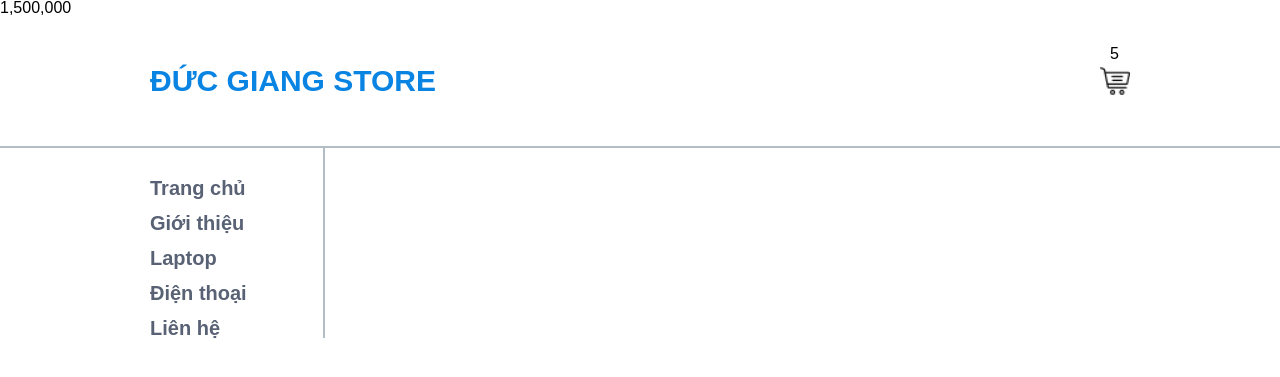
Repository: Giangattt123/PHP
Page: http://localhost/?page=home
The author's editor kept a copy of each file at every save. The page is drawn from the files as they stood at one save, then again after the next save.
The browser window is 1280 px wide. The pictures show the whole page.
Some web libraries are served in a nearby version. The page is run by PHP 8.4 with error messages shown; the project is at /var/www/html/.

Above is the page before, as saved 2023-03-20 20:33:13.
Console error: TypeError: Cannot read properties of null (reading 'addEventListener')

### PHP_Shopping-Cart/Shopping_Cart/index.php
<?php
    require 'data/page.php';
    require 'data/product.php';
    require 'lib/template.php';
    require 'lib/number.php';
    require 'lib/reuse.php';
    require 'lib/pages.php';
    require 'lib/product.php';
    get_header();
?>
<?php
    $mod = !empty($_GET['mod']) ? $_GET['mod'] : 'home';
    $act = !empty($_GET['act']) ? $_GET['act'] : 'main';
    $path = "modules/{$mod}/{$act}.php";
    if(file_exists($path)){
        require $path;
    }else{

    }
?>
<?php

?>

### PHP_Shopping-Cart/Shopping_Cart/data/page.php
<?php
// Data page
$list_page = array(
    1 => array(
        'id' => 1,
        'page-title' => 'Giới thiệu',
        'create_at' => '08/03/2023' , // timestamp
        'page-content' =>"<p><strong> [Giới thiệu] </strong> Chào mừng đến với trang web bán laptop, PC của ĐỨC GIANG PC! Tại đây, chúng tôi cung cấp cho bạn một loạt các sản phẩm laptop PC chất lượng cao từ các thương hiệu hàng đầu trên thị trường. Chúng tôi cam kết mang đến cho bạn những sản phẩm chất lượng, giá cả hợp lý và dịch vụ chăm sóc khách hàng tốt nhất. Bạn có thể tìm thấy các sản phẩm từ các thương hiệu như Dell, HP, Asus, Lenovo và nhiều hơn nữa. Hãy truy cập trang web của chúng tôi và mua sắm ngay hôm nay để có được chiếc laptop PC tốt nhất cho nhu cầu của bạn. Cảm ơn đã ghé thăm trang web của chúng tôi!</p>"
    ),
    2 => array(
        'id' => 2,
        'page-title' => 'Liên hệ',
        'create_at' => '08/03/2023' , // timestamp
        'page-content' =>"<p><strong> [Liên hệ] </strong> Chúng tôi rất mong nhận được sự phản hồi từ bạn! Nếu bạn có bất kỳ câu hỏi, yêu cầu hoặc góp ý nào, xin vui lòng liên hệ với chúng tôi thông qua trang liên hệ của ĐỨC GIANG PC. Chúng tôi sẵn sàng trợ giúp bạn trong mọi vấn đề liên quan đến sản phẩm. Bạn có thể liên hệ với chúng tôi qua email, điện thoại hoặc mẫu liên hệ trực tuyến. Chúng tôi luôn sẵn sàng lắng nghe và giải quyết mọi thắc mắc của bạn, liên tục cải thiện trang web của mình và cung cấp cho bạn trải nghiệm tốt nhất có thể. Chân thành cảm ơn bạn đã quan tâm đến trang web của ĐỨC GIANG PC và hy vọng sớm nhận được thông tin từ bạn!</p>",
    )
)
?>

### PHP_Shopping-Cart/Shopping_Cart/data/product.php
<?php
#Danh mục
$list_product_cat = array(
    1 => array(
        'id' => 1,
        'cat_title' => "Điện thoại",
    ),
    2 => array(
        'id' => 2,
        'cat_title' => "Laptop",
    ),
);
#Dữ liệu sản phẩm
$list_product = array(
    1 => array(
        'id' => 1,
        'product_title' =>  'iPhone 13 256GB',
        'price' => 19990000,
        'code' => 'UNI#1',
        'product_desc' => 'Apple thỏa mãn sự chờ đón của iFan và người dùng với sự ra mắt của iPhone 13.',
        'product_thumb' => 'https://img.tgdd.vn/imgt/f_webp,fit_outside,quality_100/https://cdn.tgdd.vn/Products/Images/42/250258/iphone-13-starlight-1-600x600.jpg',
        'product_content' => "<p>Bộ vi xử lý Apple A15 mới gia tăng tốc độ CPU tới 50% và GPU đồ họa nhanh hơn 30% so với các đối thủ cạnh tranh trong cùng phân khúc, giúp iPhone 13 thể hiện sức mạnh khả năng xử lý ấn tượng hơn, mượt mà trên mọi tác vụ.</p><p><img src='https://cdn.tgdd.vn/Products/Images/42/250258/iphone-13-256gb-2.jpg'></p>",
        'cat_id' => 1,
    ),
    2 => array(
        'id' => 2,
        'product_title' =>  'iPhone 14 256GB',
        'price' => 22990000,
        'code' => 'UNI#2',
        'product_desc' => 'Mới đây thì tại sự kiện ra mắt sản phẩm mới thường niên đến từ nhà Apple thì chiếc điện thoại iPhone 14 256GB cũng đã chính thức lộ diện',
        'product_thumb' => 'https://img.tgdd.vn/imgt/f_webp,fit_outside,quality_100/https://cdn.tgdd.vn/Products/Images/42/289663/iPhone-14-plus-thumb-den-600x600.jpg',
        'product_content' => "<p>Được hoàn thiện với những vật liệu cao cấp khi mặt lưng làm từ kính cùng bộ khung nhôm chắc chắn, điều này làm cho chiếc máy của bạn trở nên sang trọng và đẳng cấp hơn.</p><p><img src='https://cdn.tgdd.vn/Products/Images/42/289663/iphone-14-256gb-080922-035413.jpg'></p>",
        'cat_id' => 1,
    ),
    3 => array(
        'id' => 3,
        'product_title' =>  'OPPO A57 128GB' ,
        'price' => 4590000,
        'code' => 'UNI#3',
        'product_desc' => 'OPPO đã bổ sung thêm vào dòng sản phẩm OPPO A giá rẻ một thiết bị mới có tên OPPO A57 128GB.',
        'product_thumb' => 'https://img.tgdd.vn/imgt/f_webp,fit_outside,quality_100/https://cdn.tgdd.vn/Products/Images/42/285082/oppo-a57-den-thumb-600x600.jpeg',
        'product_content' => "<p>Khác với mẫu A57 5G đã được ra mắt trước đó, điện thoại dòng A mới có màn hình HD+, camera chính 13 MP và pin 5000 mAh.</p><p><img src='https://cdn.tgdd.vn/Products/Images/42/282090/oppo-a57-4g-2_1280x720.jpg'></p>",
        'cat_id' => 1,
    ),
    4 => array(
        'id' => 4,
        'product_title' =>  'MacBook Pro 13',
        'price' => 30490000,
        'code' => 'UNI#4',
        'product_desc' => 'Đặc điểm nổi bật của MacBook Pro 13" 2020 Touch Bar M1 512GB',
        'product_thumb' => 'https://images.fpt.shop/unsafe/fit-in/214x214/filters:quality(90):fill(white)/fptshop.com.vn/Uploads/Originals/2022/6/7/637901935364438149_macbook-pro-m2-2022-xam-dd.jpg',
        'product_content' => "<p> MacBook Pro M1 13 inch 2020 Touch Bar mới với bộ vi xử lý Apple M1 cho bạn hiệu suất và thời lượng pin tuyệt vời nhất từ trước đến nay, mang đến hiệu năng chuyên nghiệp để hoàn thành những công việc chuyên nghiệp.</p><p><img src='https://images.fpt.shop/unsafe/filters:quality(90)/fptshop.com.vn/Uploads/images/2015/Tin-Tuc/QuanLNH2/macbook-pro-13-m1-1.jpg'></p>",
        'cat_id' => 2,
    ),
    5 => array(
        'id' => 5,
        'product_title' =>  'MacBook Pro 14',
        'price' => 52490000,
        'code' => 'UNI#5',
        'product_desc' => 'Đặc điểm nổi bật của MacBook Pro 14 2023 M2 Pro 10CPU 16GPU 16GB/512GB',
        'product_thumb' => 'https://images.fpt.shop/unsafe/fit-in/240x215/filters:quality(90):fill(white)/fptshop.com.vn/Uploads/Originals/2023/1/18/638096308244034700_macbook-pro-14-2023-m2-pro-10cpu-16gpu-bac-dd.jpg',
        'product_content' => "<p>Phiên bản chuyên nghiệp dành cho những người chuyên nghiệp, MacBook Pro 2023 14 inch với chip M2 Pro đem lại nguồn sức mạnh ấn tượng và vượt xa thế hệ cũ.</p><p><img src='https://fptshop.com.vn/Uploads/images/2015/Tin-Tuc/DuyLe/Android/Gionee/Macbook-pro-14-2023-m2-pro-3.jpg'></p>",
        'cat_id' => 2,
    ),
    6 => array(
        'id' => 6,
        'product_title' =>  'MacBook Pro 15',
        'price' => 65490000,
        'code' => 'UNI#6',
        'product_desc' => 'Đặc điểm nổi bật của MacBook Pro 16" 2021 M1 Pro Ram 32GB',
        'product_thumb' => 'https://images.fpt.shop/unsafe/fit-in/240x215/filters:quality(90):fill(white)/fptshop.com.vn/Uploads/Originals/2021/10/20/637703174146015116_macbook-pro-16-2021-xam-dd.jpg',
        'product_content' => "<p>MacBook Pro 16 inch 2021 chính là dòng máy tính xách tay mạnh nhất thế giới hiện nay với sức mạnh tối thượng từ bộ vi xử lý M1 Pro.</p><p><img src='https://fptshop.com.vn/Uploads/images/2015/Tin-Tuc/QuanLNH2/macbook-pro-16-real-life-2.jpg'></p>",
        'cat_id' => 2,
    ),
);

### PHP_Shopping-Cart/Shopping_Cart/lib/template.php
<?php
function get_header($version = ''){
    if(!empty($version)){
        $path_header = "inc/header-{$version}.php";
    }else{
        $path_header = "inc/header.php";
    }
    if(file_exists($path_header)){
        require $path_header;
    }else{
        echo "Không tồn tại đường dẫn {$path_header}";
    }
}
function get_footer($version = ''){
    if(!empty($version)){
        $path_footer = "inc/footer-{$version}.php";
    }else{
        $path_footer = "inc/footer.php";
    }
    if(file_exists($path_footer)){
        require $path_footer;
    }else{
        echo "Không tồn tại đường dẫn {$path_footer}";
    }

}
function get_sidebar(){
    require 'inc/sidebar.php';
}
?>

### PHP_Shopping-Cart/Shopping_Cart/lib/number.php
<?php
// Viết hàm chuyển đổi giá tiền của một sản phẩm về đúng định dạng
// Tự xây dựng hàm và sử dụng hàm có sẵn
// Ví dụ 10450000 => 10.450.000
// Build-in function : number_format(number)
// return number_format($number).' '."VND";
// Build
    function currency_format_1(){
        $amount = 1500000;
        $formattedAmount = "";
        $count = 0;
        while($amount > 0) {
            if($count == 3) {
                $formattedAmount = "," . $formattedAmount;
                $count = 0;
            }
            $formattedAmount = chr($amount % 10 + ord('0')) . $formattedAmount;
            $amount =  floor($amount / 10);
            $count++;
        }
        return $formattedAmount;
    }
    echo currency_format_1();
    // $x = 1500000;
    // echo var_dump($x);
    function currency_format($number){
        return number_format($number).' '."VND";
    }

?>

### PHP_Shopping-Cart/Shopping_Cart/lib/reuse.php
<?php
     function show_array($data){
        if(is_array($data)){
            echo "<pre>";
            print_r($data);
            echo "</pre>";
        }
    }
?>

### PHP_Shopping-Cart/Shopping_Cart/lib/pages.php
<?php
    function get_page_by_id($id){
        global $list_page;
        if(array_key_exists($id , $list_page)){
            return $list_page[$id];
        }
        return false;
    }

    // function show_array($data){
    //     if(is_array($data)){
    //         echo "<pre>";
    //         print_r($data);
    //         echo "</pre>";
    //     }
    //}
?>

### PHP_Shopping-Cart/Shopping_Cart/lib/product.php
<?php
    function get_info_cat($cat_id){
        global $list_product_cat;
        if(array_key_exists($cat_id , $list_product_cat)){
            return $list_product_cat[$cat_id];
        }
        return false;
    }
    function get_list_product_by_cat_id($cat_id){
        global $list_product;
        // Mảng chứa ds sp theo cat_id
        $result = array();
        foreach($list_product as $item){
            if($item['cat_id'] == $cat_id){
                $item['url'] = "?mod=product&act=detail&id={$item['id']}";
                $result[] = $item;
            }
        }
        return $result;
    }
?>

### PHP_Shopping-Cart/Shopping_Cart/inc/header.php
<!DOCTYPE html>
<html lang="en">

<head>
    <meta charset="UTF-8">
    <meta http-equiv="X-UA-Compatible" content="IE=edge">
    <meta name="viewport" content="width=device-width, initial-scale=1.0">
    <title>ĐỨC GIANG STORE</title>
    <link rel="stylesheet" href="public/css/reset.css">
    <link rel="stylesheet" href="public/css/style.css">
    <link rel="stylesheet" href="https://cdnjs.cloudflare.com/ajax/libs/font-awesome/6.3.0/css/all.min.css"
        integrity="sha512-SzlrxWUlpfuzQ+pcUCosxcglQRNAq/DZjVsC0lE40xsADsfeQoEypE+enwcOiGjk/bSuGGKHEyjSoQ1zVisanQ=="
        crossorigin="anonymous" referrerpolicy="no-referrer" />
    <script src="public/js/main.js"></script>
</head>

<body>
    <div class="wrapper">
        <div class="wrapper-content">
            <div class="header">
                <div class="header-content">
                    <div class="item-left">
                        <a href="?page=home" class="logo">ĐỨC GIANG STORE</a>
                    </div>
                    <div class="item-right">
                        <div class="cart">
                            <a href="" class="cart-icon">
                                <img src="public/images/icon-cart.png" alt="Icon_Cart" class="icon-image">
                            </a>
                            <span class="cart-number">5</span>
                        </div>
                    </div>
                </div>
            </div>
            <!-- end header -->

### PHP_Shopping-Cart/Shopping_Cart/modules/home/main.php
<div class="content">
    <div class="content-container">
        <div class="menu-select">
            <ul class="menu">
                <li class="menu-item">
                    <a href="" class="cards" onclick="toggleActive(this)">Trang chủ</a>
                </li>
                <li class="menu-item">
                    <a href="?mod=page&act=detail&id=1" class="cards" onclick="toggleActive(this)">Giới thiệu</a>
                </li>
                <li class="menu-item">
                    <a href="" class="cards" onclick="toggleActive(this)">Laptop</a>
                </li>
                <li class="menu-item">
                    <a href="" class="cards" onclick="toggleActive(this)">Điện thoại</a>
                </li>
                <li class="menu-item">
                    <a href="?mod=page&act=detail&id=2" class="cards" onclick="toggleActive(this)">Liên hệ</a>
                </li>
            </ul>
        </div>

        <div class="menu-content">

        </div>
    </div>
</div>
<!-- end content -->

### PHP_Shopping-Cart/Shopping_Cart/public/css/style.css
* {
  box-sizing: border-box;
}
html {
  font-size: 62.5%;
}
body {
  font-family: "Poppins", sans-serif;
  font-size: 1.6rem;
  font-weight: normal;
}
img {
  display: block;
  max-width: 100%;
}
.header-content {
  display: flex;
  justify-content: space-between;
  margin-left: 150px;
  margin-right: 150px;
  padding: 50px 0px;
  /* border-bottom: 1px solid #f00; */
}
.item-left .logo {
  font-size: 3rem;
  color: #0984e3;
  font-weight: bold;
}
.cart {
  position: relative;
  display: flex;
  align-items: center;
}
.cart .cart-icon .icon-image {
  width: 30px;
  height: 30px;
}
.cart .cart-number {
  position: absolute;
  top: -20px;
  left: 10px;
}
.header {
  border-bottom: 2px solid #b2bec3;
}
.content-container {
  display: flex;
}
.menu-select {
  width: 18%;
  margin-left: 150px;
  font-size: 2rem;
  /* margin-top: 30px; */
  border-right: 2px solid #b2bec3;
  min-height: 100%;
}
.menu-content {
  width: 80%;
  margin-top: 30px;
  margin-left: 30px;
  margin-right: 150px;
}
.menu-select ul.menu li:not(:first-child) {
  margin-top: 15px;
  color: #0984e3;
}
.menu {
  margin-top: 30px;
}
a {
  color: #596275;
  font-weight: bold;
}
a.active:active,
a.active:focus {
  color: plum;
}
h3.section-title {
  font-size: 2rem;
  font-weight: bold;
  margin-bottom: 20px;
}
p.create-date {
  margin-bottom: 20px;
}
.contents-news {
  line-height: 1.4;
}
p.section-desc {
  margin-bottom: 20px;
}
ul.clearfix {
  display: flex;
}
li.fix {
  margin-right: 20px;
}
a.title_product {
  margin-top: 20px;
  display: block;
}
p.price {
  margin-top: 20px;
  color: #d63031;
}

### PHP_Shopping-Cart/Shopping_Cart/public/js/main.js
function toggleActive(selected) {
  let cards = document.querySelectorAll(".cards");
  for (let i = 0; i < cards.length; i++) {
    cards[i].classList.remove("active");
  }
  selected.classList.add("active");
}
const toggle = document.querySelector(".menu-toggle");
const menu = document.querySelector(".menu");
toggle.addEventListener("click", handelToggleMenu);
function handelToggleMenu(event) {
  event.target.classList.toggle("fa-times");
  event.target.classList.toggle("fa-bars");
  menu.classList.toggle("menu-is_show");
}
document.addEventListener("click", handleClickOutMenu);
function handleClickOutMenu(event) {
  if (!menu.contains(event.target) && !event.target.matches(".menu-toggle")) {
    menu.classList.remove("menu-is_show");
    toggle.classList.remove("fa-times");
    toggle.classList.add("fa-bars");
  }
}
const tabItems = document.querySelectorAll(".tab-item");
[...tabItems].forEach((item) => item.addEventListener("click", handleTabClick));
function handleTabClick(event) {
  console.log(event.target);
  [...tabItems].forEach((item) => item.classList.remove("active"));
  event.target.classList.add("active");
  const tabNumBer = event.target.dataset.tab;
}

Loaded but not shown: PHP_Shopping-Cart/Shopping_Cart/public/css/reset.css (common file)

After the next save:
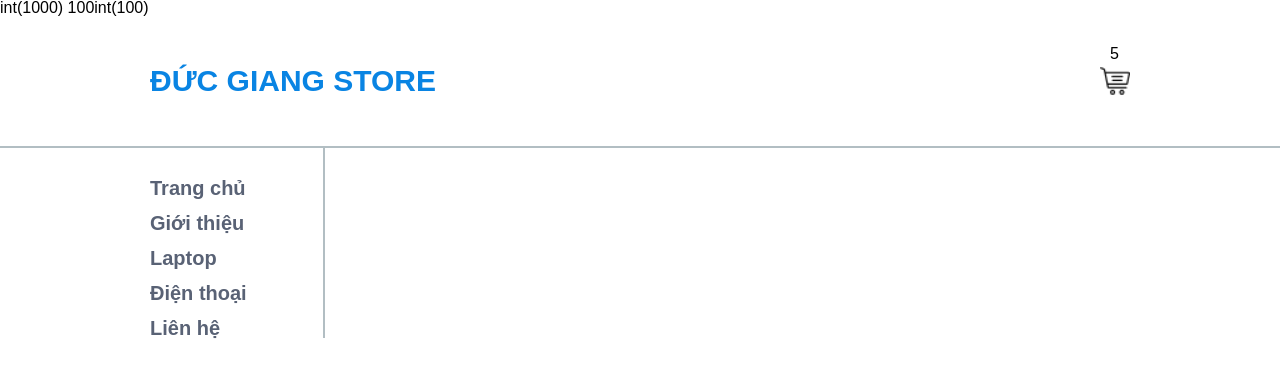
Saved 112 s later.
--- a/PHP_Shopping-Cart/Shopping_Cart/lib/number.php
+++ b/PHP_Shopping-Cart/Shopping_Cart/lib/number.php
@@ -20,9 +20,14 @@
         }
         return $formattedAmount;
     }
-    echo currency_format_1();
+    //echo currency_format_1();
     // $x = 1500000;
     // echo var_dump($x);
+    $x = 1000;
+    echo var_dump($x);
+    $y = $x / 10;
+    echo $y;
+    echo var_dump($y);
     function currency_format($number){
         return number_format($number).' '."VND";
     }
